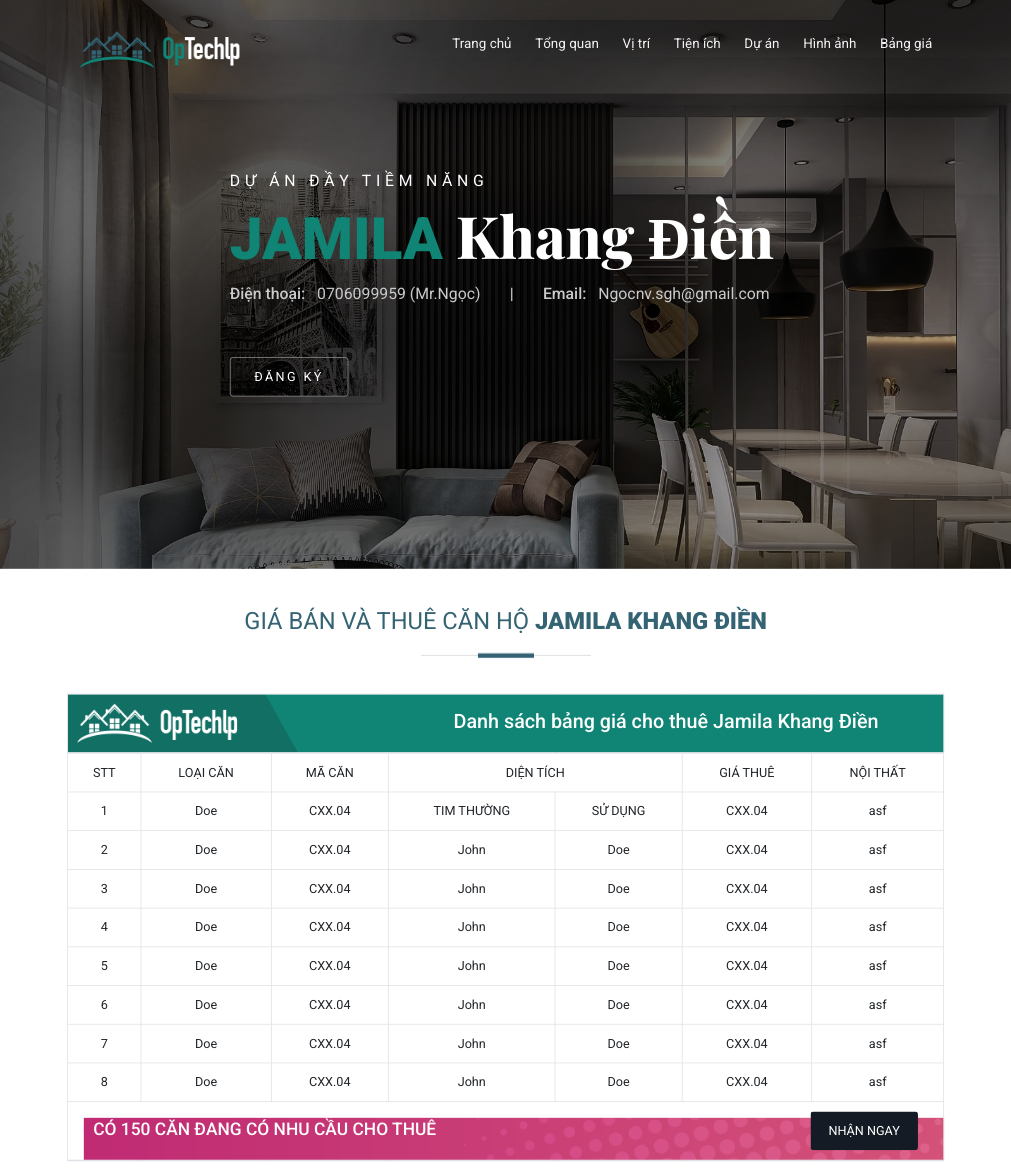
Repository: phunobi1807/Myweb
Page: index.html
The author's editor kept a copy of each file at every save. The page is drawn from the files as they stood at one save, then again after the next save.
The browser window is 1280 px wide. The pictures show the whole page, at 79% of full size.
Some web fonts or font styles are not loaded; a fallback is used.

Above is the page before, as saved 2021-05-14 14:37:22.

### index.html
<!DOCTYPE html>
<html lang="en">

<head>
    <meta charset="UTF-8">
    <meta http-equiv="X-UA-Compatible" content="IE=edge">
    <meta name="viewport" content="width=device-width, initial-scale=1.0">
    <link rel="stylesheet" type="text/css" href="./css/style.css">
    <title>JAMILA Khang Điền</title>
</head>

<body>
    <header>
        <a href="#" class="logo">
            <img src="./image/logo-banner.png" alt="logo">
        </a>
        <div class="menuToggle" onclick="toggleMenu"></div>
        <ul class="navigation">
            <li><a href="#" onclick="toggleMenu">Trang chủ</a></li>
            <li><a href="#" onclick="toggleMenu">Tổng quan</a></li>
            <li><a href="#" onclick="toggleMenu">Vị trí</a></li>
            <li><a href="#" onclick="toggleMenu">Tiện ích</a></li>
            <li><a href="#" onclick="toggleMenu">Dự án</a></li>
            <li><a href="#" onclick="toggleMenu">Hình ảnh</a></li>
            <li><a href="#" onclick="toggleMenu">Bảng giá</a></li>
        </ul>
    </header>
    <section class="banner" id="banner">
        <div class="content">
            <p class="title">dự án đầy tiềm năng</p>
            <h3><strong>JAMILA</strong> Khang Điền</h3>
            <div class="content-contact">
                <p class="phone">Điện thoại: <span class="number-phone">0706099959 (Mr.Ngọc)</span></p>
                <div class="gachgiua">|</div>
                <p class="email">Email: <span class="email">Ngocnv.sgh@gmail.com</span></p>
            </div>
            <div class="input">
                <input type="button" class="btn btn-outline" value="Đăng ký">
            </div>
        </div>
    </section>
    <section class="price-apartment mt-5">
        <div class="container text-center">
            <div class="list-price-apartment">
                <h1>giá bán và thuê căn hộ <span>jamila khang điền</span></h1>
                <div class="gach-chan">
                    <div class="gachchan"></div>
                </div>
                <table class="table table-bordered mt-5">
                    <thead>
                        <tr class="top-one">
                            <th colspan="7" style="background-image:url(./image/optechlp.png); background-repeat: no-repeat;">
                                <div class="title-table">
                                    <img src="./image/optechlp1.png" alt="">
                                    <p>Danh sách bảng giá cho thuê Jamila Khang Điền</p>
                                </div>
                            </th>
                        </tr>
                    </thead>
                    <tbody>
                        <tr class="list-title">
                            <td>STT</td>
                            <td>loại căn</td>
                            <td>mã căn</td>
                            <td colspan="2">diện tích
                            </td>
                            <td>giá thuê</td>
                            <td colspan="2">nội thất</td>
                        </tr>
                        <tr>
                            <td>1</td>
                            <td>Doe</td>
                            <td>CXX.04</td>
                            <td>TIM THƯỜNG</td>
                            <td>SỬ DỤNG</td>
                            <td>CXX.04</td>
                            <td>asf</td>
                        </tr>
                        <tr>
                            <td>2</td>
                            <td>Doe</td>
                            <td>CXX.04</td>
                            <td>John</td>
                            <td>Doe</td>
                            <td>CXX.04</td>
                            <td>asf</td>
                        </tr>
                        <tr>
                            <td>3</td>
                            <td>Doe</td>
                            <td>CXX.04</td>
                            <td>John</td>
                            <td>Doe</td>
                            <td>CXX.04</td>
                            <td>asf</td>
                        </tr>
                        <tr>
                            <td>4</td>
                            <td>Doe</td>
                            <td>CXX.04</td>
                            <td>John</td>
                            <td>Doe</td>
                            <td>CXX.04</td>
                            <td>asf</td>
                        </tr>
                        <tr>
                            <td>5</td>
                            <td>Doe</td>
                            <td>CXX.04</td>
                            <td>John</td>
                            <td>Doe</td>
                            <td>CXX.04</td>
                            <td>asf</td>
                        </tr>
                        <tr>
                            <td>6</td>
                            <td>Doe</td>
                            <td>CXX.04</td>
                            <td>John</td>
                            <td>Doe</td>
                            <td>CXX.04</td>
                            <td>asf</td>
                        </tr>
                        <tr>
                            <td>7</td>
                            <td>Doe</td>
                            <td>CXX.04</td>
                            <td>John</td>
                            <td>Doe</td>
                            <td>CXX.04</td>
                            <td>asf</td>
                        </tr>
                        <tr>
                            <td>8</td>
                            <td>Doe</td>
                            <td>CXX.04</td>
                            <td>John</td>
                            <td>Doe</td>
                            <td>CXX.04</td>
                            <td>asf</td>
                        </tr>
                    </tbody>

                    <thead>
                        <tr class="bot-one">
                            <th colspan="7">
                                <div class="bot-table">
                                    <input type="button" class="btn btn-outline" value="nhận ngay">
                                    <p>có 150 căn đang có nhu cầu cho thuê</p>
                                </div>
                            </th>
                        </tr>
                    </thead>
                </table>
            </div>
        </div>
    </section>
    <link rel="stylesheet" href="https://maxcdn.bootstrapcdn.com/bootstrap/4.5.2/css/bootstrap.min.css">
    <script src="https://ajax.googleapis.com/ajax/libs/jquery/3.5.1/jquery.min.js"></script>
    <script src="https://cdnjs.cloudflare.com/ajax/libs/popper.js/1.16.0/umd/popper.min.js"></script>
    <script src="https://maxcdn.bootstrapcdn.com/bootstrap/4.5.2/js/bootstrap.min.js"></script>
    <script type="text/javascript">
        window.addEventListener('scroll', function() {
            const header = document.querySelector('header');
            header.classList.toggle("sticky", window.scrollY > 0);
        });

        function toggleMenu() {
            const menutoggle = document.querySelector('.menuToggle');
            const navigation = document.querySelector('.navigation');
            menuToggle.classList.toggle('active');
            navigation.classList.toggle('active');
        }
    </script>
</body>

</html>
<!-- <script type="text/javascript">
    window.addEventListener('scroll', function() {
        const header = document.querySelector('header');
        header.classList.toggle("sticky", window.scrollY > 0);
    });

    function toggleMenu() {
        const menuToggle = document.querySelector('.menuToggle');
        const navigation = document.querySelector('.navigation');
        menuToggle.classList.toggle('active');
        navigation.classList.toggle('active');
    }
</script> -->

### css/style.css
    @import url(https://fonts.googleapis.com/css2?family=Roboto:wght@100;200;300;400;500;600;800;900&display=swap);
    @import url(https://fonts.googleapis.com/css2?family=Playfair+Display:wght@100;200;300;400;500;600;800;900&display=swap);
    * {
        margin: 0;
        padding: 0;
        box-sizing: border-box;
        font-family: 'Roboto', 'Regular';
        scroll-behavior: smooth;
    }

    body {
        overflow-x: hidden;
    }

    p {
        font-weight: 300;
        color: #ffffff;
    }

    .banner {
        position: relative;
        width: 100%;
        min-height: 100vh;
        display: flex;
        justify-content: center;
        align-items: center;
        background: url('../image/banner.png');
        background-size: cover;
    }

    .banner .content {
        max-width: 900px;
        text-align: left;
    }

    .banner .content p.title {
        font-size: 20px;
        opacity: 100%;
        text-transform: uppercase;
        font-weight: 400;
        letter-spacing: 6px;
        line-height: 20px;
        color: #ffffff;
    }

    .banner .content h3 {
        font-family: 'Playfair Display', serif;
        font-size: 74px;
        font-style: bold;
        font-weight: 700;
        color: #ffffff;
        text-align: left;
    }

    .banner .content h3 strong {
        color: #118575;
    }

    .banner .content .content-contact {
        margin-bottom: 50px;
    }

    .banner .content .content-contact,
    p {
        display: flex;
        color: #cacaca;
        font-size: 20px;
        font-style: bold;
        font-weight: 500;
    }

    .banner .content .content-contact p span {
        padding: 0px 15px;
        font-weight: 400;
        font-style: normal;
        color: #cacaca;
    }

    .banner .content .content-contact .gachgiua {
        padding-right: 15px;
        margin: 0px 22px;
    }

    .banner .content .input input {
        width: 150px;
        height: 50px;
        border: 1px solid;
        /* opacity: 40%; */
        color: #ffffff;
        border-color: #8a8a8a;
        text-transform: uppercase;
        letter-spacing: 3px;
        transition: 0.5s;
    }

    .banner .content .input input:hover {
        width: 160px;
        transition: 0.5s;
        background-color: #118575;
    }

    .banner .content .input input::-ms-value {
        color: red;
    }

    header {
        position: fixed;
        top: 0;
        left: 0;
        width: 100%;
        padding: 40px 100px;
        z-index: 10;
        display: flex !important;
        justify-content: space-between;
        align-items: center;
        transition: 0.5s;
    }

    header.sticky {
        background: rgb(43, 43, 43);
        padding: 10px 100px;
        box-shadow: 0 5px 20px rgba(0, 0, 0, 0.05);
    }

    header.sticky ul {
        margin-top: 14px;
        line-height: 14px;
    }

    header .navigation {
        position: relative;
        display: flex;
    }

    header .navigation li {
        list-style-type: none;
        margin-left: 30px;
    }

    header .navigation li a {
        opacity: 100%;
        font-size: 17px;
        text-decoration: none;
        color: #f2f2f2;
        line-height: 20px;
    }

    header.sticky .navigation li a {
        color: #fff;
    }

    header .navigation li a:hover {
        color: #118575;
        letter-spacing: 3px;
        transition: 1s;
        text-transform: uppercase;
    }
    /* giá bán căn hộ trong bảng  */

    .price-apartment h1 {
        font-size: 30px;
        text-transform: uppercase;
        font-weight: 400;
        color: #346473;
    }

    .price-apartment h1 span {
        font-weight: 900;
    }

    .price-apartment .gach-chan {
        border-bottom: 1px solid #d7d7d7;
        width: 215px;
        margin-left: 28rem;
        z-index: 1;
        margin-top: 25px;
    }

    .price-apartment .gachchan {
        position: absolute;
        border: 3px solid #346473;
        width: 71px;
        margin-left: 4.5rem;
        z-index: 10;
        margin-top: -2.5px;
    }

    .price-apartment .title-table {
        display: flex;
        justify-content: space-between;
    }

    .price-apartment .title-table img {}

    .price-apartment .title-table p {
        line-height: 21px;
        margin-top: 12px;
        padding: 0px 70px;
        font-style: bold;
        color: #fff;
        font-size: 25px;
    }

    .price-apartment table tr.list-title {
        text-transform: uppercase;
    }

    .price-apartment table thead tr.top-one {
        background-color: #118575;
    }

    .price-apartment table thead .bot-table {
        display: flex;
        justify-content: space-between;
        flex-direction: row-reverse;
    }

    .price-apartment table thead .bot-table p {
        line-height: 21px;
        margin-top: 12px;
        padding: 0px 70px;
        font-style: bold;
        color: #fff;
        font-size: 22px;
        text-transform: uppercase;
        margin-left: -50px;
    }

    .price-apartment table thead .bot-table .btn {
        background-color: #151b24;
        color: #ffffff;
        text-transform: uppercase;
        padding: 0px 22px;
        margin-right: 20px;
    }

    .price-apartment table thead tr.bot-one {
        background-image: url(../image/bannerpink.png) !important;
    }
    /* end giá bán căn hộ trong bảng  */

After the next save:
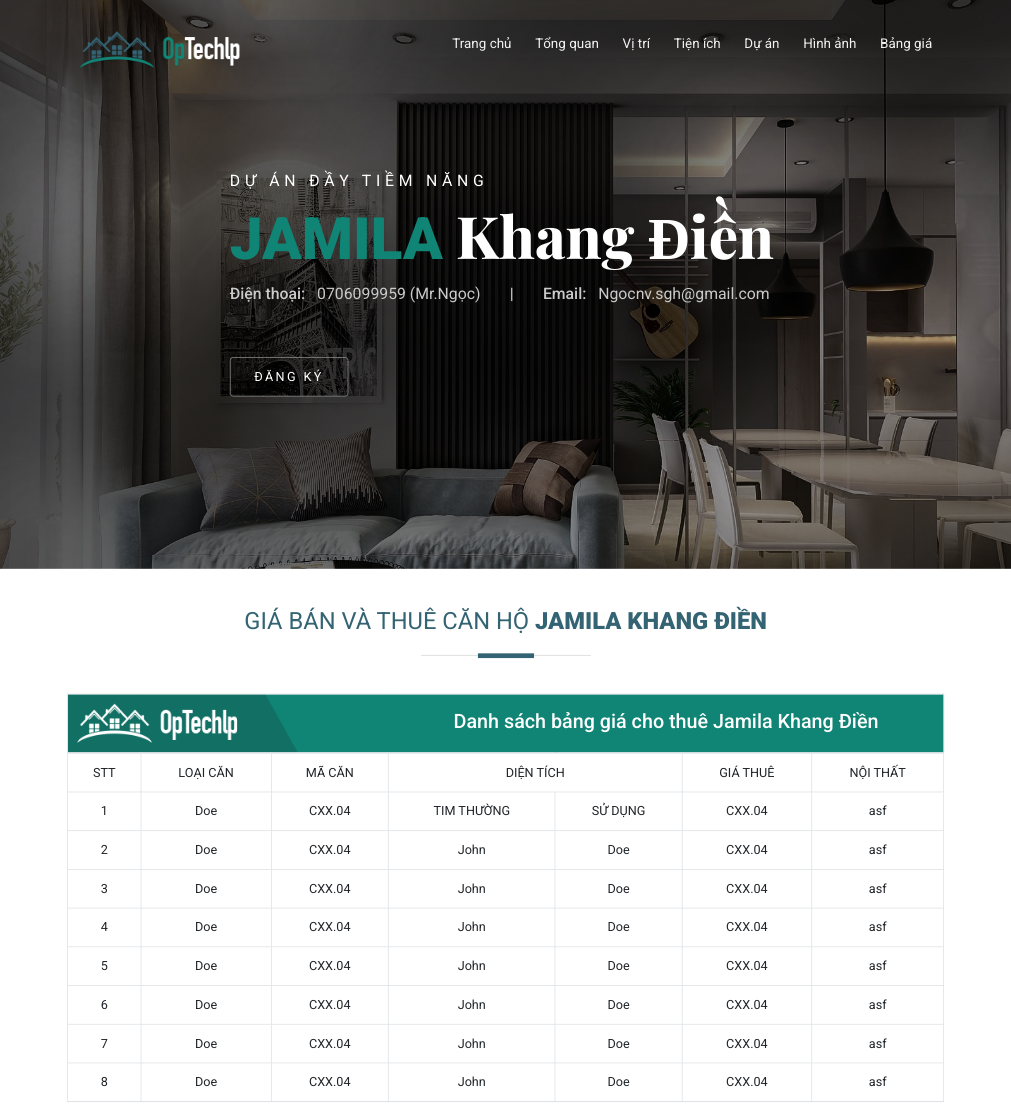
Saved 5 s later.
--- a/index.html
+++ b/index.html
@@ -143,12 +143,12 @@
 
                     <thead>
                         <tr class="bot-one">
-                            <th colspan="7">
+                            <!-- <th colspan="7">
                                 <div class="bot-table">
                                     <input type="button" class="btn btn-outline" value="nhận ngay">
                                     <p>có 150 căn đang có nhu cầu cho thuê</p>
                                 </div>
-                            </th>
+                            </th> -->
                         </tr>
                     </thead>
                 </table>
